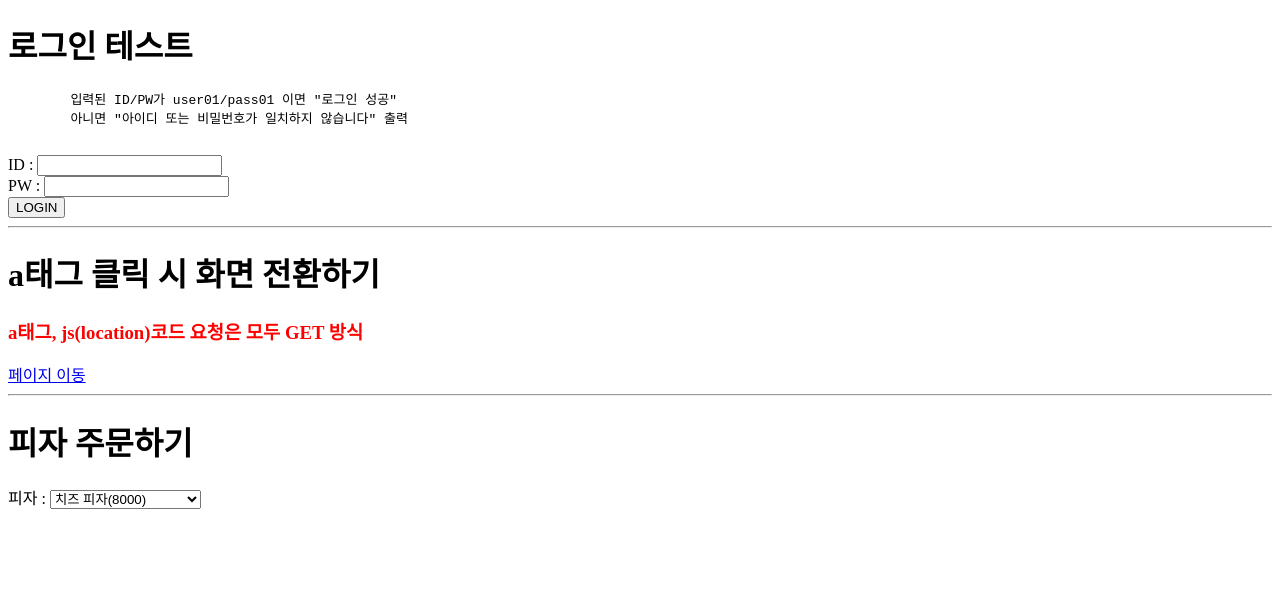
Repository: ahnjaeyoun/6_Server
Page: JSPProject1/src/main/webapp/index.html
An editor plug-in stored every save of this project. The page is shown before and after the next save, followed by the edit.
The browser window is 1280 px wide. The pictures show the whole page.

Above is the page before, as saved 2023-09-18 02:03:48.

After the next save:
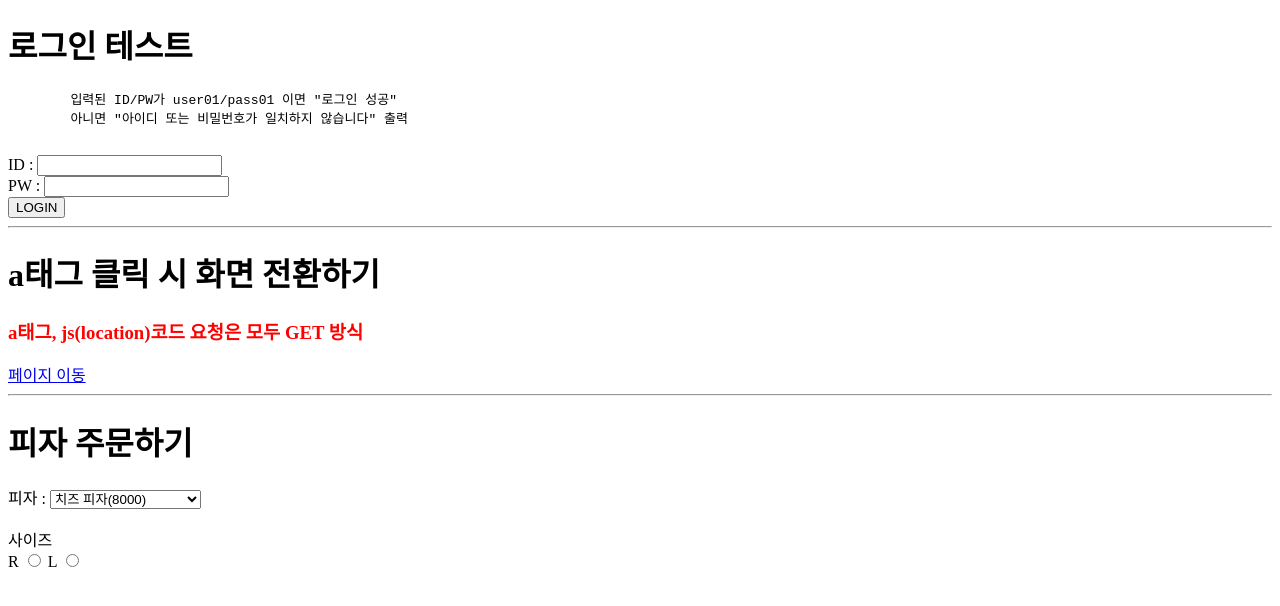
Saved 68 s later.
--- a/JSPProject1/src/main/webapp/index.html
+++ b/JSPProject1/src/main/webapp/index.html
@@ -39,6 +39,16 @@
 			<option value="2">콤비네이션 피자(9000)</option>
 			<option value="3">핫치킨 피자(10000)</option>
 		</select>
+
+		<br><br>
+
+		사이즈 <br>
+		<label>
+			R <input type="radio" name="size" value="R">
+		</label>
+		<label>
+			L <input type="radio" name="size" value="L">
+		</label>
 	</form>
 </body>
 </html>
